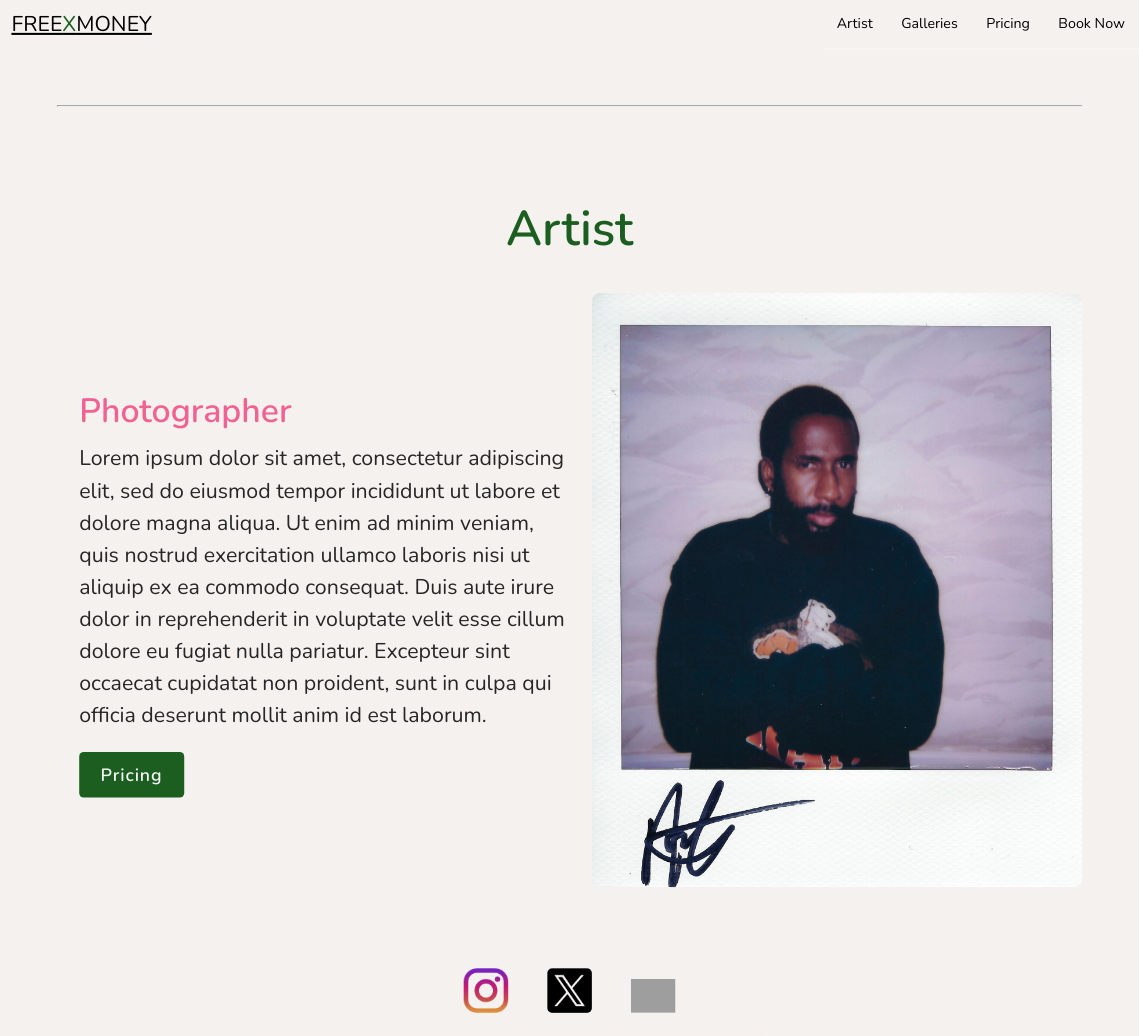
Repository: burntaftermint/freexmoney-draft
Page: artist.html
The author's editor kept a copy of each file at every save. The page is drawn from the files as they stood at one save, then again after the next save.
The browser window is 1280 px wide. The pictures show the whole page, at 89% of full size.
Pictures or frames that could not be fetched are drawn as grey boxes. Some web fonts or font styles are not loaded; a fallback is used.

Above is the page before, as saved 2024-06-10 02:21:45.

### artist.html
<!DOCTYPE html>
<html lang="en">
<head>
    <meta charset="UTF-8">
    <meta http-equiv="X-UA-Compatible" content="IE=edge">
    <meta name="viewport" content="width=device-width, initial-scale=1.0">
    <script src="script.js" defer></script>
    <title>FREEXMONEY</title>
    <link rel="preconnect" href="https://fonts.googleapis.com">
<link rel="preconnect" href="https://fonts.gstatic.com" crossorigin>
<link href="https://fonts.googleapis.com/css2?family=Architects+Daughter&family=Kumbh+Sans:wght@400;700&family=Montserrat:ital,wght@0,100;0,200;0,300;0,400;0,500;0,600;0,700;0,800;0,900;1,100;1,200;1,300;1,400;1,500;1,600;1,700;1,800;1,900&family=Nunito:wght@300;400;500;600&family=Roboto:wght@300&family=Rubik:wght@400;500;600;700;800&family=Yantramanav:wght@500&display=swap" rel="stylesheet">
    <link rel="stylesheet" type="text/css" href="style.css">
</head>
<body>
    <nav class="navbar">
        <div class="nav-title"><a href="index.html">FREE<span>X</span>MONEY</a>
        </div>
        <a href="#" class="toggle-button">
            <span class="bar"></span>
            <span class="bar"></span>
            <span class="bar"></span>

        </a>
        <div class="navbar-links">
            <ul>
                <li><a href="artist.html">Artist</a></li>
                <li><a href="gallery.html">Galleries</a></li>
                <li><a href="pricing.html">Pricing</a></li>
                <li><a href="home.html">Book Now</a></li>
            </ul>
        </div>
    </nav>
    <hr>
    <section class="hero">
        <div class="home-heading">
            <h1>Artist</h1>
        </div>
        <div class="container_home">
            <div class="hero-content">
                <h2>Photographer</h2>
                <p>Lorem ipsum dolor sit amet, consectetur adipiscing elit, sed do eiusmod tempor incididunt ut labore et dolore magna aliqua. Ut enim ad minim veniam, quis nostrud exercitation ullamco laboris nisi ut aliquip ex ea commodo consequat. Duis aute irure dolor in reprehenderit in voluptate velit esse cillum dolore eu fugiat nulla pariatur. Excepteur sint occaecat cupidatat non proident, sunt in culpa qui officia deserunt mollit anim id est laborum.
                </p>
                <div class="hero-btn">
                    <a href="#">Pricing</a>
                </div>
            </div>

            <div class="hero-image">
                <img src="images/freexmoney.JPG" alt="">
            </div>
        </div>

    </section>
    <div class="social-links">
        <a href="https://www.instagram.com/freexmoney/?hl=en" target="_blank"><img src="images/instagram.png"></a>
        <a href="https://twitter.com/xfreexmoney?lang=en" target="_blank"><img src="images/twitter.png"></a>
        <a href="https://freexmoney.tumblr.com/" target="_blank"><img src="images/tumblr.png"></a>
    </div>



    </div>
</body>
</html>

### style.css

* {
    margin: 0;
    padding: 0;
    box-sizing: border-box;
    font-family: 'Nunito', sans-serif;
    background-color: #f5f1ef;
}

.container {
    display: flex;
    flex-direction: column;
    justify-content: center;
    align-items: center;
    text-align: center;
    margin: 15px 20px 0 20px;
}

.social-links img {
    width: 50px;

    margin: 20px;
    cursor: pointer;
}

.social-links {
    text-align: center;
}




.container .heading {
    width: 50%;
    padding-bottom: 20px;
}

.container .heading h3 {
    font-size: 3em;
    font-weight: 400;
    border-bottom: 3px solid #1b5e20;

}

.container .heading h3 span {
    color: #1b5e20;
    font-weight: 600;
}

.container .box {
    display: flex;
    flex-direction: row;
    justify-content: space-between;

}

.container .box .row1 {
    display: flex;
    flex-direction: column;
    width: 32.5%;
}

.container .box .row1 img {
    width: 100%;
    padding-bottom: 10px;
    animation: fadeInUp 2s ease;
}

.container .box .row1 img:hover{
    opacity: 0.5;
    transition: 0.2s ease;

}

.container .btn {
    margin: 40px 0 70px 0;
    background: #1b5e20;
    padding: 15px 40px ;
    border-radius: 5px;
}


.container .btn a {
    text-decoration: none;
    background-color: transparent;
    color: #f5f5f5;
    font-weight: bolder;
    letter-spacing: 1px;
}

.container .heading a {
    text-decoration: none;
    color: black;
}
.container .heading a:hover {

    color: #f06292;
}

.container .btn a:hover {
    text-decoration: none;
    background-color: transparent;
    color: #f06292;
    font-weight: bolder;

}

/* gallery css */
.gallery-container {
    width: 100%;
    min-height: 100vh;
    display: flex;
    justify-content: center;
    align-items: center;
    padding: 0px 90px;
}

.gallery-content-section {
    display: flex;
    justify-content: center;
    align-items: center;
    text-align: center;
    animation: fadeInRight 2s ease;
}

.gallery-content-section .gallery-card {
    flex: 1;
    margin: 20px 20px;
    box-shadow: 0px 2px 8px 0px rgba(0,0,0,0.2);
    border-radius: 5px;
}

.gallery-content-section .gallery-card:hover {
    transform: scale(1.2);
}

.gallery-content-section .gallery-card img {
    width: 100%;
    height: auto;
    border-radius: 5px;
}

.gallery-content-section .gallery-card h2 {
    margin: 15px 0px;
    font-size: 28px;
    color: #f06292;
}

.gallery-content-section .gallery-card p {
    font-size: 16px;
    line-height: 1.5;
    padding: 0px 10px;
    margin-bottom: 20px;
}

.galleryh1 {
    text-align: center;
    font-size: 55px;
    color: #1b5e20;
}

/* home css */

.hero {
    background-color: #f5f1ef;
    overflow: hidden;
}

.home-heading h1 {
    color: #1b5e20;
    font-size: 55px;
    text-align: center;
    margin-top: 35px;
    margin-bottom: -30px;
}

.hero-content p {
    font-size: 24px;
    line-height: 1.5;
    margin-bottom: 40px;
    color: rgb(39, 39, 39);
}

.hero-btn {
    display: inline-block;
    background-color: #1b5e20;
    margin-top: -20px;
    padding: 12px 24px;
    border-radius: 5px;
    font-size: 20px;
    border: none;
    cursor: pointer;
    transition: 0.3s ease;
    font-weight: bolder;
    letter-spacing: 1px;
}
.hero-btn a {

    text-decoration: none;
    background-color: transparent;
    color: #f5f5f5;
}
.hero-btn a:hover {

    color: #f06292;
}
.container_home {
    display: flex;
    justify-content: center;
    align-items: center;
    width: 90%;
    margin: 65px auto;
}
.hero-content {
    flex: 1;
    width: 600px;
    margin: 0px 25px;
    animation: fadeInUp 2s ease;
}
.hero-image {
    flex: 1;
    width: 600px;
    margin: auto;
    animation: fadeInRight 2s ease;
}

.hero-content h2 {
    color: #f06292;
    font-size: 38px;
    margin-bottom: 10px;
}

.hero img {
width: 100%;
height: auto;
border-radius: 10px;
}

/* navbar css */
.navbar {
    display: flex;
    justify-content: space-between;
    align-items: center;
    background-color: #f5f1ef;


}

.nav-title {
    background-color: transparent;
    text-decoration: underline;
}
.nav-title a{
    color: black;

}
.nav-title a:hover{
    color: #f06292;
}
.nav-title span{
    background-color: transparent;
    color: #1b5e20;
}

.navbar-links ul {
    margin: 0;
    padding: 0;
    display: flex;
}

.navbar-links li {
    list-style: none;

}

.navbar-links li a {
    text-decoration: none;
    color: black;
    padding: 1rem;
    display: block;



}

.navbar-links li a:hover{
    color: #f06292;
}
.nav-title {
    font-size: 1.5rem;
    margin: .5rem;
    padding-left: 5px;

}

.toggle-button {
    position: absolute;
    top: .75rem;
    right: 1rem;
    display: none;
    flex-direction: column;
    justify-content: space-between;
    width: 30px;
    height: 21px;
}

.toggle-button .bar {
    height: 3px;
    width: 100%;
    background-color: black;
    border-radius: 10px;
}

/* Pricing css */

.pricing-table {
    display: flex;
    flex-direction: row; /* Arrange items vertically */
    align-items: center; /* Center items horizontally */
    justify-content: center; /* Center items vertically */
    min-height: 100vh; /* Set minimum height as 100% of the viewport height */
    max-width: 1600px;
    margin: 0 auto; /* Center the pricing table horizontally */


}

/* Add this style if you want some space between pricing cards */
.pricing-card {
     /* Adjust as needed */
    flex: 1;
    max-width: 360px;
    background-color: #fa7fa8;
    margin: 20px 10px;
    text-align: center;
    cursor: pointer;
    overflow: hidden;
    color: #f5f1ef;
    transition: .3s linear;
    border-radius: 10px;
    padding-bottom: 10px;
    animation: fadeInRight 2s ease;

}

.pricing-card-header {
    background-color: #1b5e20;
    display: inline-block;
    color: #f5f1ef;
    padding: 12px 30px;
    border-radius: 0 0 20px 20px;
    font-size: 16px;
    text-transform: uppercase;
    font-weight: 600;
    transition: .4s linear;

}

.pricing-card li {
    font-size: 20px;
    padding: 10px 0;
    text-transform: uppercase;
    list-style-type: none; /* Add this line to remove bullets */
}


.pricingh1 {
    margin-top: 50px;
    margin-bottom: -100px;
    text-align: center;
    font-size: 55px;
    color: #1b5e20;
}

hr {
    margin: 4rem;
}





.pricing-card li {
    background-color: #fa7fa8;
}
.pricing-card strong {
    background-color: #fa7fa8;
}
.pricing-card sup {
    background-color: #fa7fa8;
}

.price {
    background-color: #fa7fa8;
    font-size: 70px;
    color: #f5f1ef;
    margin: 40px 0;
    transition: .2s linear;
}

.price sup, .price span {
    font-size: 22px;
    font-weight: 700;
}









@media only screen and (max-width: 1000px) {
    .gallery-content-section {
        flex-direction: column;
    }

    .pricing-card {
        flex: 50%;

    }

    .pricing-card-header {
        font-size: 10.5px;
    }

    .price {
        font-size: 45px;
    }

    .pricing-card li {
        font-size: 15px;
    }



}




@media only screen and (max-width: 769px) {
    .container .box {
        flex-direction: column;
    }
    .container .box .row1 {
        width: 100%;
    }
    .home-heading h1 {
        font-size: 45px;
        margin-top: 30px;
    }

    .hero {
        margin: 0px;

    }
    .container_home {
        width: 100%;
        flex-direction: column;
        margin: 0px;
        padding: 0px 40px;

    }
    .hero-content {
        width: 100%;
        margin: 35px 0px;
    }
    .hero-content h2 {
        font-size: 30px;

    }
    .hero-content p {
        font-size: 18px;
        margin-bottom: 20px;
    }
    .hero-btn {
        font-size: 16px;
        padding: 8px 16px;

    }
    .hero-image {
        width: 100%;
    }

    .pricing-card {
        flex: 50%;

    }

    .pricing-card-header {
        font-size: 6px;
    }

    .price {
        font-size: 35px;
    }

    .pricing-card li {
        font-size: 15px;
    }


}






@media only screen and (max-width: 718px) {
    .container .heading {
        width: 100%;

    }

    .container .heading h3 {
        font-size: 2.5em;


    }
}

@media only screen and (max-width: 549px) {
    .toggle-button {
        display: flex;

    }
    .navbar-links {
        display: none;
        width: 100%;

    }
    .navbar {
        flex-direction: column;
        align-items: flex-start;
    }

    .navbar-links ul {
        width: 100%;
        flex-direction: column;
    }

    .navbar-links li {
        text-align: center;
    }

    .navbar-links li a {
        padding: .3rem .7rem;
    }

    .navbar-links.active {
        display: flex;
    }
}

@media only screen and (max-width: 510px) {
    .gallery-card {
        width: 150%;

    }
}

@media only screen and (max-width: 400px) {
    .pricingh1 {
        margin-bottom: -175px;
    }
}

@keyframes fadeInUp {
    0% {
        opacity: 0;
        transform: translateY(50px);
    }
    100% {
        opacity: 1;
        transform: translateY(0px);
    }
}


@keyframes fadeInRight {
    0% {
        opacity: 0;
        transform: translateX(-50px);
    }
    100% {
        opacity: 1;
        transform: translateX(0px);
    }
}

Loaded but not shown: script.js (common file)

After the next save:
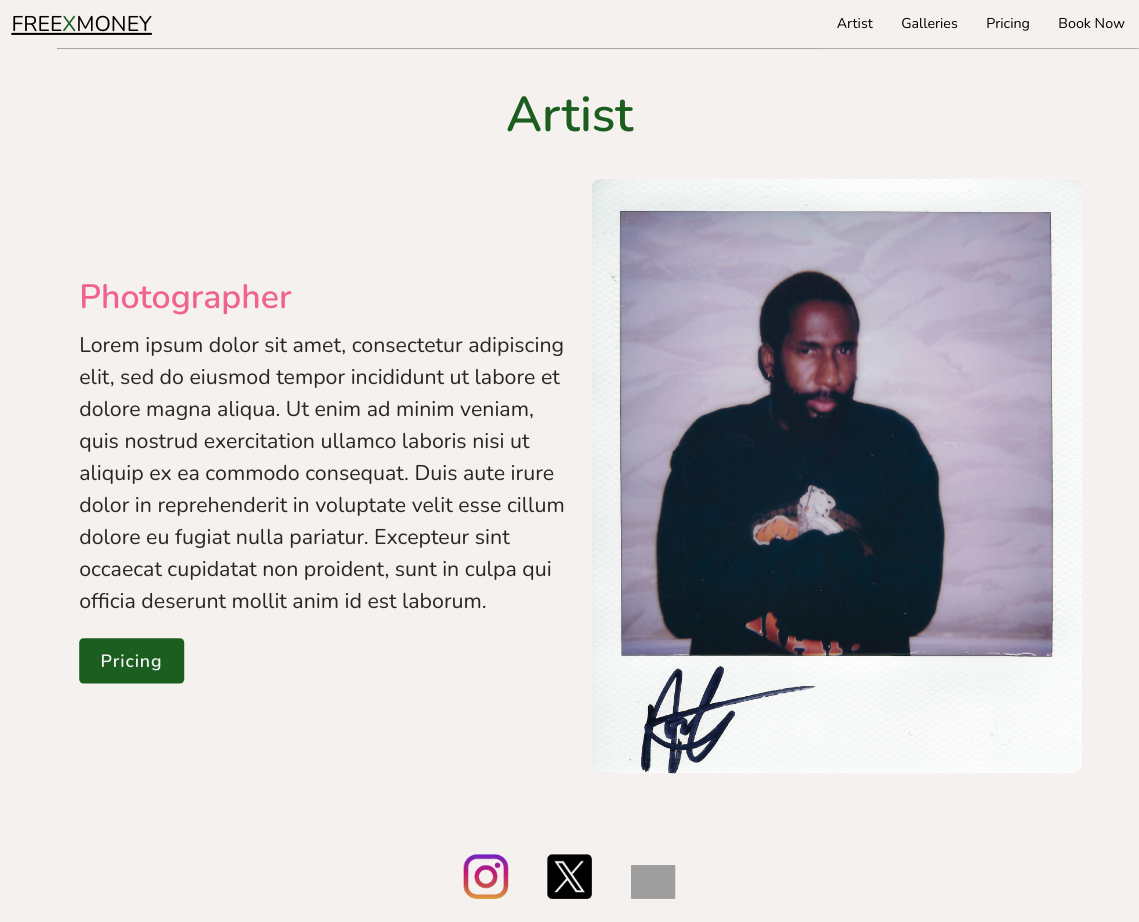
Saved 13 s later.
--- a/style.css
+++ b/style.css
@@ -373,7 +373,7 @@
 }
 
 hr {
-    margin: 4rem;
+    margin-left: 4rem;
 }
 
 
